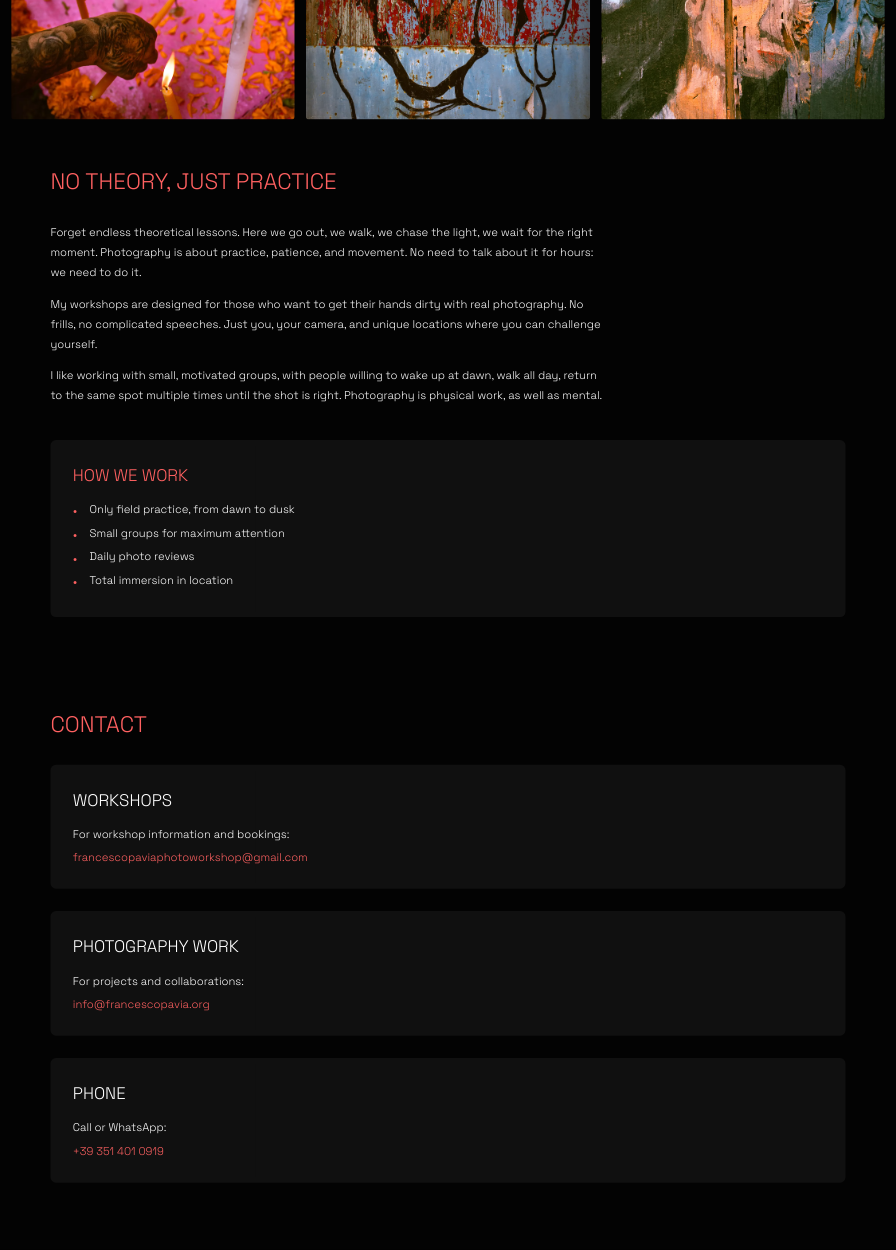
Repository: philipkdpavkia/photo-auto
Page: index.html
An editor plug-in stored every save of this project. The page is shown before and after the next save, followed by the edit.
The browser window is 1280 px wide. The pictures show the part of the page from y = 2311 to 4231 px (the page is 4097 px tall before and 4231 px after), at 70% of full size.

Above is the page before, as saved 2024-11-16 14:57:22.

After the next save:
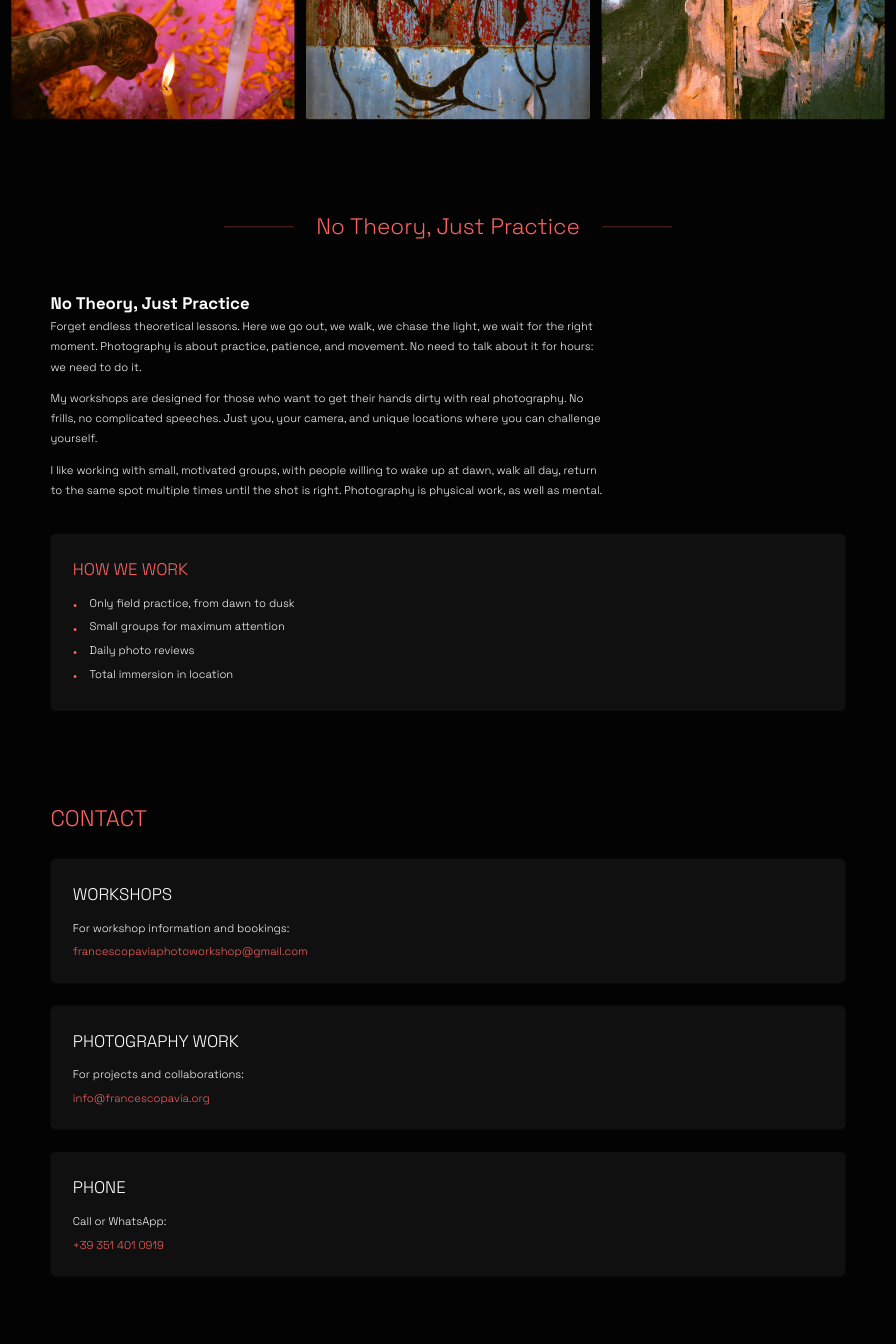
Saved 16 min 18 s later.
--- a/index.html
+++ b/index.html
@@ -87,6 +87,11 @@
    </section>
 
    <section class="about" id="about">
+    <div class="separator">
+        <span class="line"></span>
+        <h2 class="section-title">No Theory, Just Practice</h2>
+        <span class="line"></span>
+    </div>
     <h2>No Theory, Just Practice</h2>
     <p>Forget endless theoretical lessons. Here we go out, we walk, we chase the light, we wait for the right moment. Photography is about practice, patience, and movement. No need to talk about it for hours: we need to do it.</p>
     <p>My workshops are designed for those who want to get their hands dirty with real photography. No frills, no complicated speeches. Just you, your camera, and unique locations where you can challenge yourself.</p>
--- a/css/style.css
+++ b/css/style.css
@@ -313,6 +313,7 @@ html {
     transition: var(--transition);
 }
 
+/* Gallery */
 .gallery-item:hover {
     transform: translateY(-5px);
     box-shadow: 0 5px 15px rgba(0, 0, 0, 0.3);
@@ -331,16 +332,33 @@ html {
 
 /* About Section */
 .about {
-    padding: 4rem 2rem;
+    padding: 8rem 2rem 4rem; /* Aumentato il padding top */
     max-width: 1200px;
     margin: 0 auto;
 }
 
-.about h2 {
+/* Nuovo stile separatore per about */
+.about .separator {
+    display: flex;
+    align-items: center;
+    justify-content: center;
+    gap: 2rem;
+    margin-bottom: 4rem;
+}
+
+.about .separator .line {
+    height: 1px;
+    width: 100px;
+    background: var(--accent);
+    opacity: 0.5;
+}
+
+.about .separator .section-title {
+    margin: 0;
+    padding: 0;
+    white-space: nowrap;
     font-size: 2rem;
     font-weight: normal;
-    margin-bottom: 2rem;
-    text-transform: uppercase;
     color: var(--accent);
 }
 
@@ -436,13 +454,14 @@ html {
     text-decoration: none;
     transform: translateX(5px);
 }
+
 /* Workshop Button */
 .workshop-button {
     display: inline-block;
     width: 100%;
     padding: 0.5rem 1rem;
     background: var(--accent);
-    color: var(--primary);
+    color: #000000;
     border: none;
     border-radius: 4px;
     cursor: pointer;
@@ -451,7 +470,6 @@ html {
     text-align: center;
     text-decoration: none;
     transition: var(--transition);
-    color: #000000;
 }
 
 .workshop-button:hover {
@@ -460,26 +478,11 @@ html {
     background: #ff1f57;
 }
 
-/* Media Queries */
-/* Breakpoint per tablet e schermi medi (tra 721px e 1024px) */
-@media screen and (min-width: 721px) and (max-width: 1024px) {
-    .nav-links {
-        gap: 1.5rem; /* Ridotto lo spazio tra i link */
-    }
-
-    .instagram-link {
-        margin-right: 4rem; /* Spazio a destra per il language switcher */
-    }
-
-    .lang-switch {
-        right: 1rem;
-        top: 1rem;
-    }
-
-    .nav {
-        padding-right: 5rem; /* Spazio extra a destra per evitare sovrapposizioni */
-    }
-}
+/* Offset per l'ancoraggio smooth */
+html {
+    scroll-padding-top: 120px; /* Aumentato per migliore scroll */
+}
+
 /* Media Queries */
 @media screen and (min-width: 721px) and (max-width: 1024px) {
     .nav-links {
@@ -496,7 +499,6 @@ html {
 }
 
 @media screen and (max-width: 720px) {
-    /* Layout di navigazione */
     .nav {
         display: flex;
         align-items: center;
@@ -509,7 +511,6 @@ html {
         z-index: 1002;
     }
 
-    /* Hamburger Menu */
     .hamburger {
         display: flex;
         flex-direction: column;
@@ -543,7 +544,6 @@ html {
         transform: translateY(-8px) rotate(-45deg);
     }
 
-    /* Menu Mobile */
     .nav-links {
         position: fixed;
         top: 0;
@@ -571,7 +571,6 @@ html {
         padding: 1rem 2rem;
     }
 
-    /* Language Switcher Mobile */
     .lang-switch {
         position: fixed;
         top: 1rem;
@@ -581,7 +580,6 @@ html {
         z-index: 1002;
     }
 
-    /* Contenuto principale Mobile */
     .section-title {
         font-size: 2.5rem;
     }
@@ -602,8 +600,11 @@ html {
         font-size: 1rem;
     }
 
-    .about h2,
-    .contact h2 {
+    .about {
+        padding: 6rem 1rem 2rem; /* Padding adattato per mobile */
+    }
+
+    .about .separator .section-title {
         font-size: 1.5rem;
     }
 
@@ -614,11 +615,6 @@ html {
     .philosophy h3,
     .contact-section h3 {
         font-size: 1.2rem;
-    }
-
-    .about,
-    .contact {
-        padding: 2rem 1rem;
     }
 
     .philosophy,
